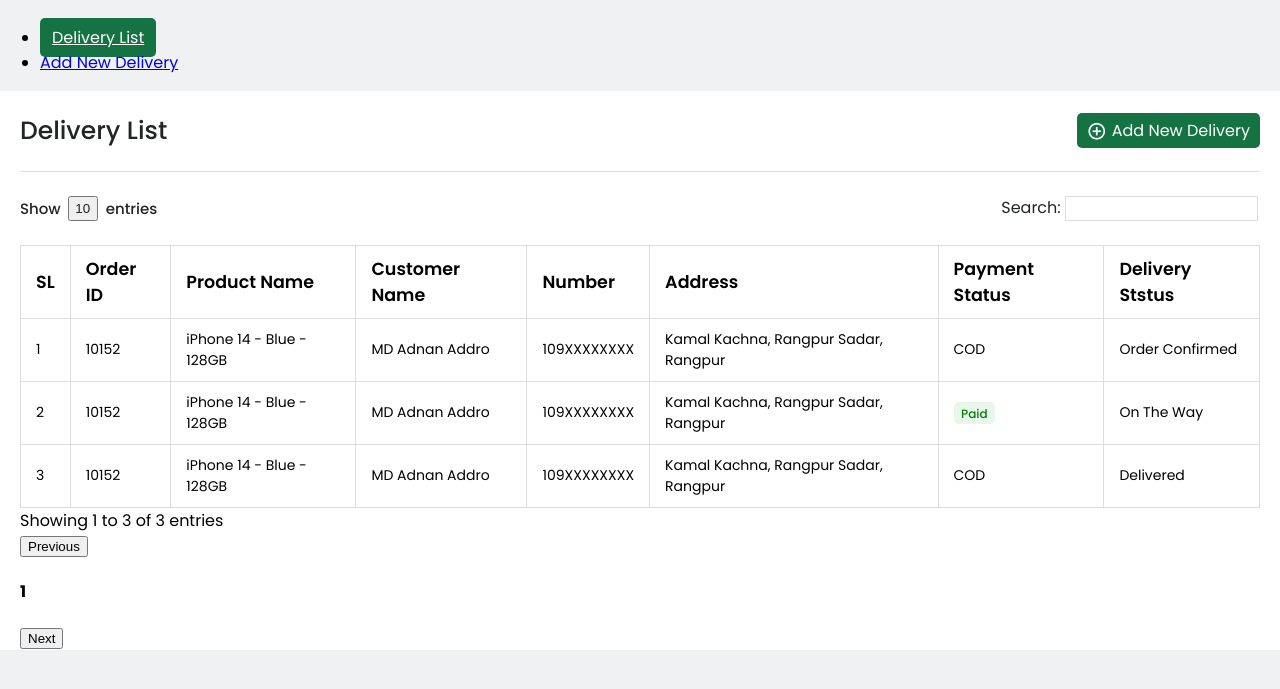
Repository: codebyaddro/delivery-page
Page: delivery.html
These files come from the project's save history. The page is drawn as it stood at one moment and after a run of saves; the edit follows.
The browser window is 1280 px wide. The pictures show the whole page.

Above is the page before, as saved 2025-02-27 14:35:33.

After the next 13 saves:
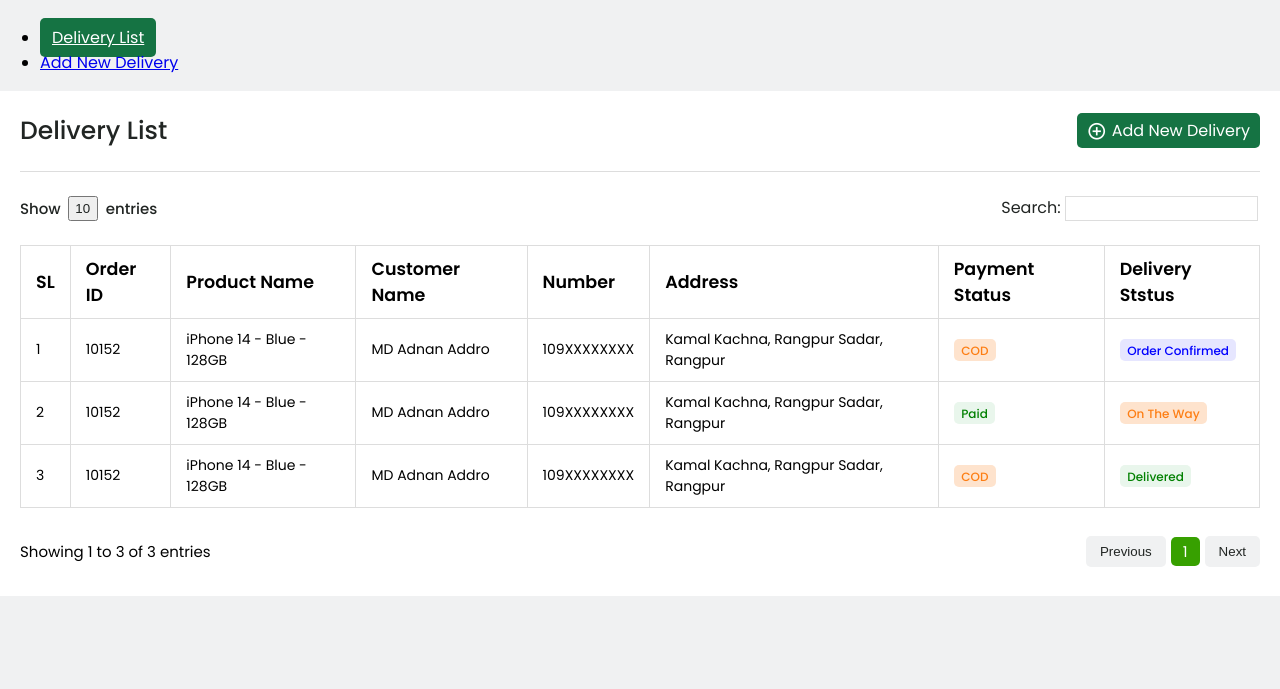
The 13 saves are shown as one change because they came seconds apart.
The last was saved 33 s later.
--- a/delivery.css
+++ b/delivery.css
@@ -230,7 +230,7 @@ tbody tr:hover {
     border-radius: 5px;
 }
 
-.ps-cod {
+.cba-delivery-ps-cod {
     color: var(--orange);
     background-color: var(--lt-orange);
     font-size: 12px;
@@ -241,7 +241,7 @@ tbody tr:hover {
 
 /* delivery status style */
 
-.ds-ocon {
+.cba-delivery-ds-ocon {
     color: var(--blue);
     background-color: var(--lt-blue);
     font-size: 12px;
@@ -250,7 +250,7 @@ tbody tr:hover {
     border-radius: 5px;
 }
 
-.ds-otw {
+.cba-delivery-ds-otw {
     color: var(--orange);
     background-color: var(--lt-orange);
     font-size: 12px;
@@ -259,7 +259,7 @@ tbody tr:hover {
     border-radius: 5px;
 }
 
-.ds-deld {
+.cba-delivery-ds-deld {
     color: var(--green);
     background-color: var(--lt-green);
     font-size: 12px;
@@ -270,7 +270,7 @@ tbody tr:hover {
 
 /* -- action style -- */
 
-.edit-icon {
+.cba-delivery-edit-icon {
     color: var(--green);
     background-color: var(--lt-green);
     padding: 7px 7px;
@@ -279,11 +279,11 @@ tbody tr:hover {
     font-size: 20px;
 }
 
-.edit-icon:hover {
+.cba-delivery-edit-icon:hover {
     background-color: var(--light-black-op);
 }
 
-.delete-icon {
+.cba-delivery-delete-icon {
     color: var(--red);
     background-color: var(--light-red);
     padding: 7px 7px;
@@ -292,31 +292,31 @@ tbody tr:hover {
     font-size: 20px;
 }
 
-.delete-icon:hover {
+.cba-delivery-delete-icon:hover {
     background-color: var(--light-black-op);
 }
 
 /* -- entries-details-list-page-btn style -- */
 
-.entries-details-list-page-btn {
+.cba-delivery-entries-details-list-page-btn {
     display: flex;
     justify-content: space-between;
     align-items: center;
     padding: 10px 0px;
 }
 
-.entries-details {
+.cba-delivery-entries-details {
     color: var(--black);
     font-size: 15px;
 }
 
-.list-page-btn {
+.cba-delivery-list-page-btn {
     display: flex;
     gap: 5px;
     align-items: center;
 }
 
-.list-page-btn button {
+.cba-delivery-list-page-btn button {
     color: var(--light-black);
     background-color: var(--gray-white);
     padding: 8px 14px;
@@ -325,7 +325,7 @@ tbody tr:hover {
     cursor: pointer;
 }
 
-.list-page-btn h4 {
+.cba-delivery-list-page-btn h4 {
     color: var(--white);
     background-color: var(--main-light);
     font-size: 15px;
